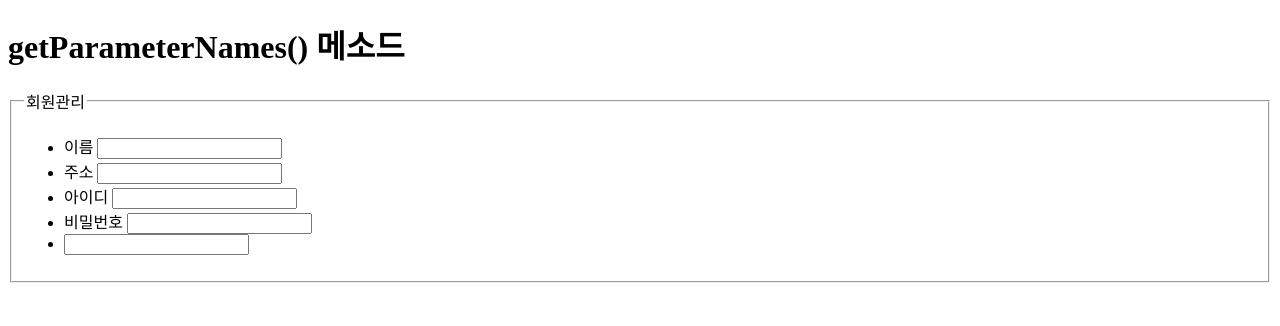
Repository: seminocoe/JSP_STUDY
Page: http://localhost/ServletProject/login/memberForm.jsp
An editor plug-in stored every save of this project. The page is shown before and after the next save, followed by the edit.
The browser window is 1280 px wide. The pictures show the whole page.
The page is served by Tomcat 9.

Above is the page before, as saved 2022-07-29 02:45:57.

After the next save:
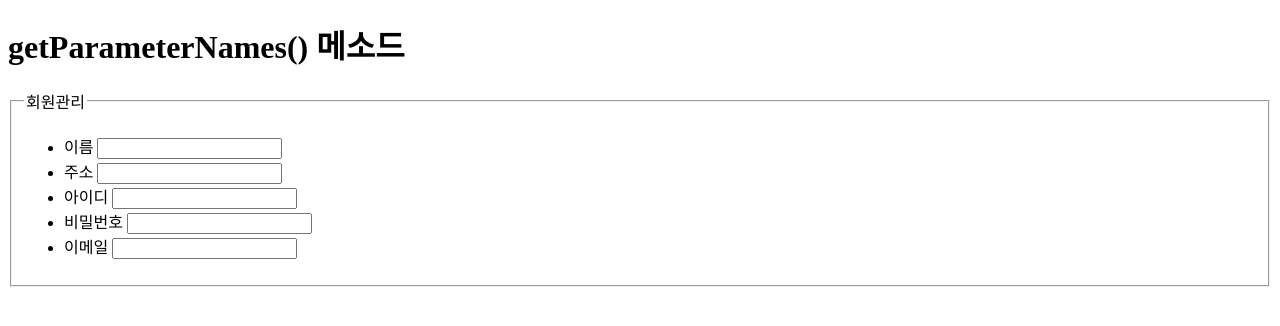
Saved 16 s later.
--- a/ServletProject/src/main/webapp/login/memberForm.jsp
+++ b/ServletProject/src/main/webapp/login/memberForm.jsp
@@ -33,8 +33,8 @@
 					</li>
 
 					<li>
-						<label for=""></label>
-						<input type="text" name="">
+						<label for="email">이메일</label>
+						<input type="text" name="email">
 					</li>
 
 				</ul>
